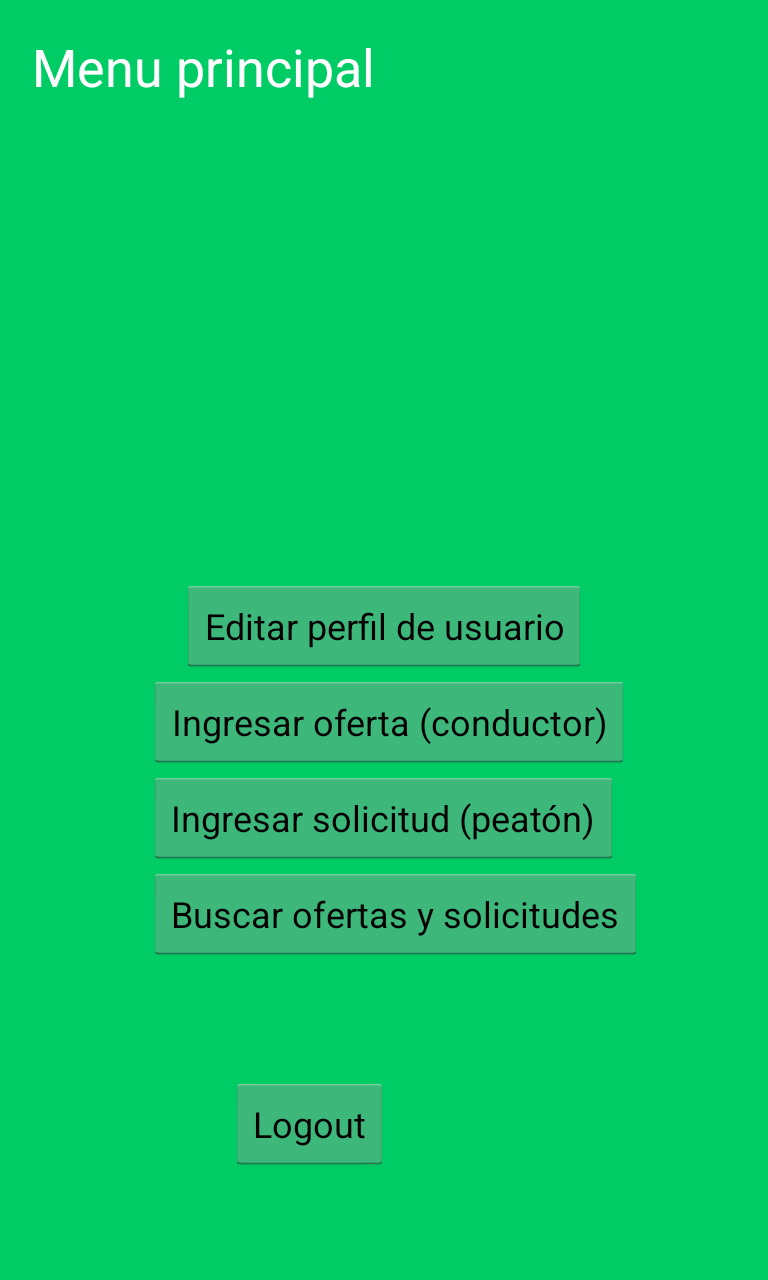
Repository: fmora/ProyectoMultimedios
Layout: MainActivity/MainActivity/res/layout/menu_principal.xml
An editor plug-in stored every save of this project. The layout is shown before and after the next save, followed by the edit.
It is drawn on a 768 x 1280 px phone screen (xhdpi) without system bars, with theme AppTheme; the app's code is not run.

Above is the layout before, as saved 2013-12-20 21:12:21.

### MainActivity/MainActivity/res/layout/menu_principal.xml
<?xml version="1.0" encoding="utf-8"?>
<RelativeLayout xmlns:android="http://schemas.android.com/apk/res/android"
    xmlns:tools="http://schemas.android.com/tools"
    android:layout_width="match_parent"
    android:layout_height="match_parent"
    android:background="#ff00cc66"
    android:paddingBottom="@dimen/activity_vertical_margin"
    android:paddingLeft="@dimen/activity_horizontal_margin"
    android:paddingRight="@dimen/activity_horizontal_margin"
    android:paddingTop="@dimen/activity_vertical_margin"
    tools:context=".MenuPrincipal" >

    <requestFocus />

		<TextView
			android:id="@+id/widget64"
			android:layout_width="179dp"
			android:layout_height="42dp"
			android:text="Menu principal"
			android:textColor="#ffffffff"
			android:textSize="26sp"
			 />

		<Button
		    android:id="@+id/widget69"
		    android:layout_width="wrap_content"
		    android:layout_height="wrap_content"
		    android:layout_alignParentBottom="true"
		    android:layout_alignRight="@+id/widget64"
		    android:layout_marginBottom="38dp"
		    android:text="Logout" />

		<Button
		    android:id="@+id/widget66"
		    android:layout_width="wrap_content"
		    android:layout_height="wrap_content"
		    android:layout_above="@+id/button2"
		    android:layout_centerHorizontal="true"
		    android:text="Ingresar solicitud (peatón)" />

		<Button
		    android:id="@+id/button2"
		    android:layout_width="wrap_content"
		    android:layout_height="wrap_content"
		    android:layout_above="@+id/widget69"
		    android:layout_alignLeft="@+id/widget66"
		    android:layout_marginBottom="57dp"
		    android:text="Buscar ofertas y solicitudes" />

		<Button
		    android:id="@+id/button1"
		    android:layout_width="wrap_content"
		    android:layout_height="wrap_content"
		    android:layout_above="@+id/widget66"
		    android:layout_alignLeft="@+id/widget66"
		    android:text="Ingresar oferta (conductor)" />

		<Button
		    android:id="@+id/widget68"
		    android:layout_width="wrap_content"
		    android:layout_height="wrap_content"
		    android:layout_above="@+id/button1"
		    android:layout_centerHorizontal="true"
		    android:text="Editar perfil de usuario" />

</RelativeLayout>

Loaded but not shown: MainActivity/MainActivity/res/values/styles.xml (common file); MainActivity/MainActivity/res/values-v11/styles.xml (common file); MainActivity/MainActivity/res/values-v14/styles.xml (common file); MainActivity/MainActivity/res/values/dimens.xml (common file)

After the next save:
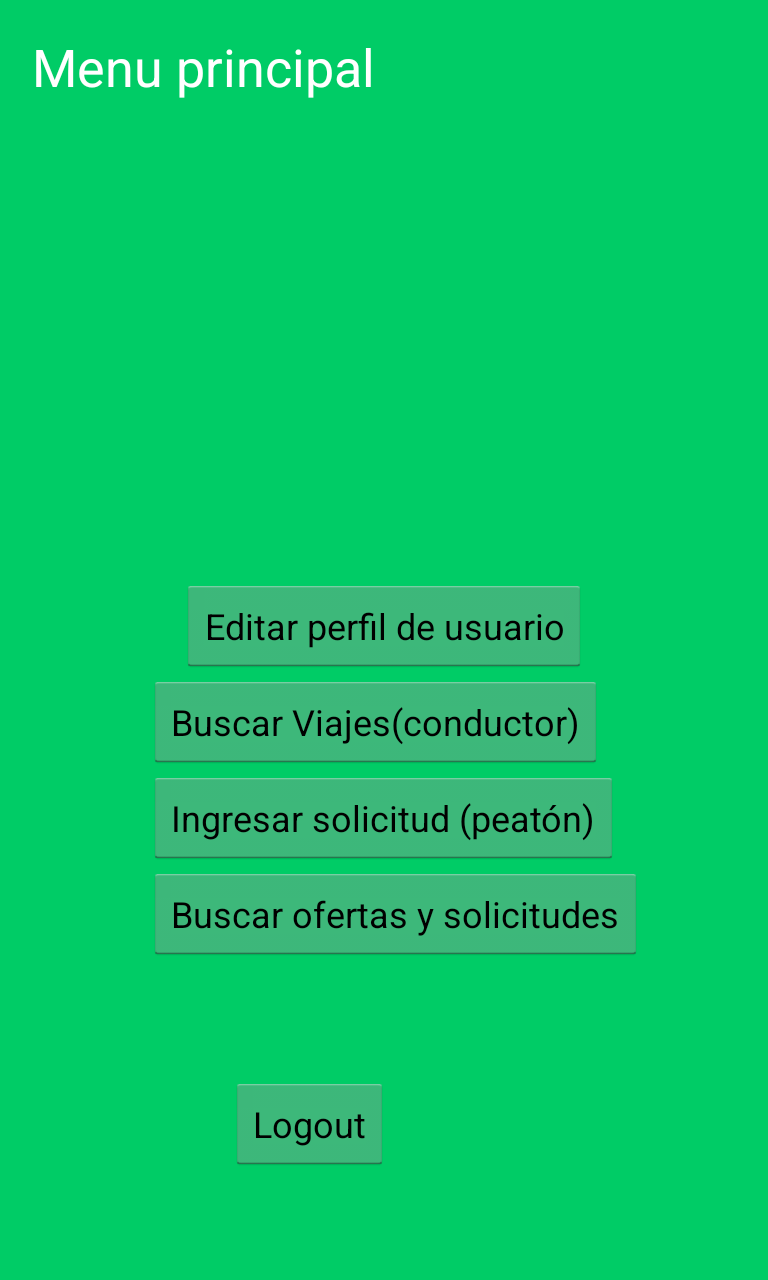
Saved 47 s later.
--- a/MainActivity/MainActivity/res/layout/menu_principal.xml
+++ b/MainActivity/MainActivity/res/layout/menu_principal.xml
@@ -53,7 +53,7 @@
 		    android:layout_height="wrap_content"
 		    android:layout_above="@+id/widget66"
 		    android:layout_alignLeft="@+id/widget66"
-		    android:text="Ingresar oferta (conductor)" />
+		    android:text="Buscar Viajes(conductor)" />
 
 		<Button
 		    android:id="@+id/widget68"
